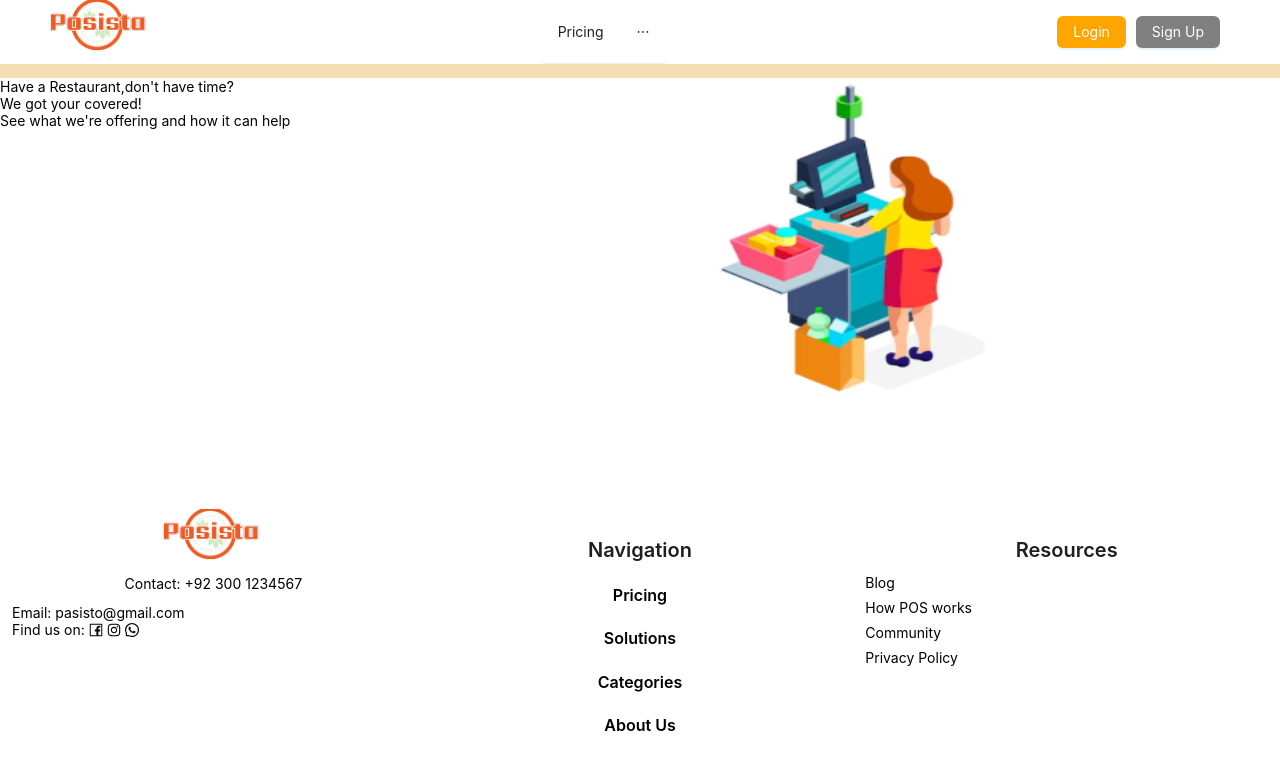
Repository: usmanarshad90/Posista
Page: / (app in test/)
These files come from the project's save history. The page is drawn as it stood at one moment and after the next save; the edit follows.
The browser window is 1280 px wide. The pictures show the whole page.
The project was rebuilt for these pictures with package versions that can differ from the ones it lists, and the page was loaded fresh each time. Also part of the build but not shown: test/src/components/Pricing/Pricing.jsx, test/src/components/Solution/Solutions.jsx, test/src/components/About/AboutUs.jsx, test/src/components/login/login.jsx, test/src/components/signup/signup.jsx.

Above is the page before, as saved 2023-11-28 15:04:13.

After the next save:
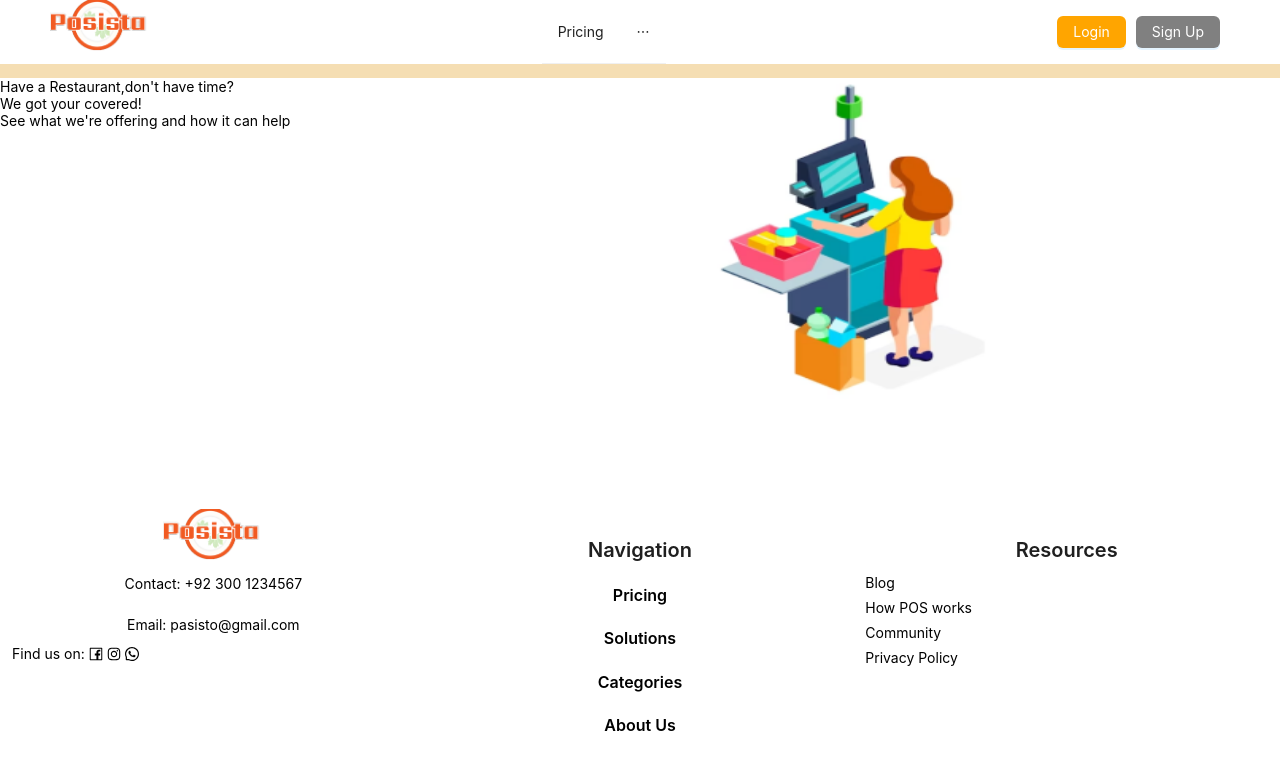
Saved 18 s later.
--- a/test/src/components/Footer/Footer.jsx
+++ b/test/src/components/Footer/Footer.jsx
@@ -24,7 +24,7 @@ const Footer = () => {
           </Link>
         </div>
         <div style={columnStyle}>Contact: +92 300 1234567</div>
-        <div style={textStyle}>Email: pasisto@gmail.com</div>
+        <div style={columnStyle}>Email: pasisto@gmail.com</div>
         <div style={textStyle}>
           Find us on: <FacebookOutlined /> <InstagramOutlined /> <WhatsAppOutlined />
         </div>
